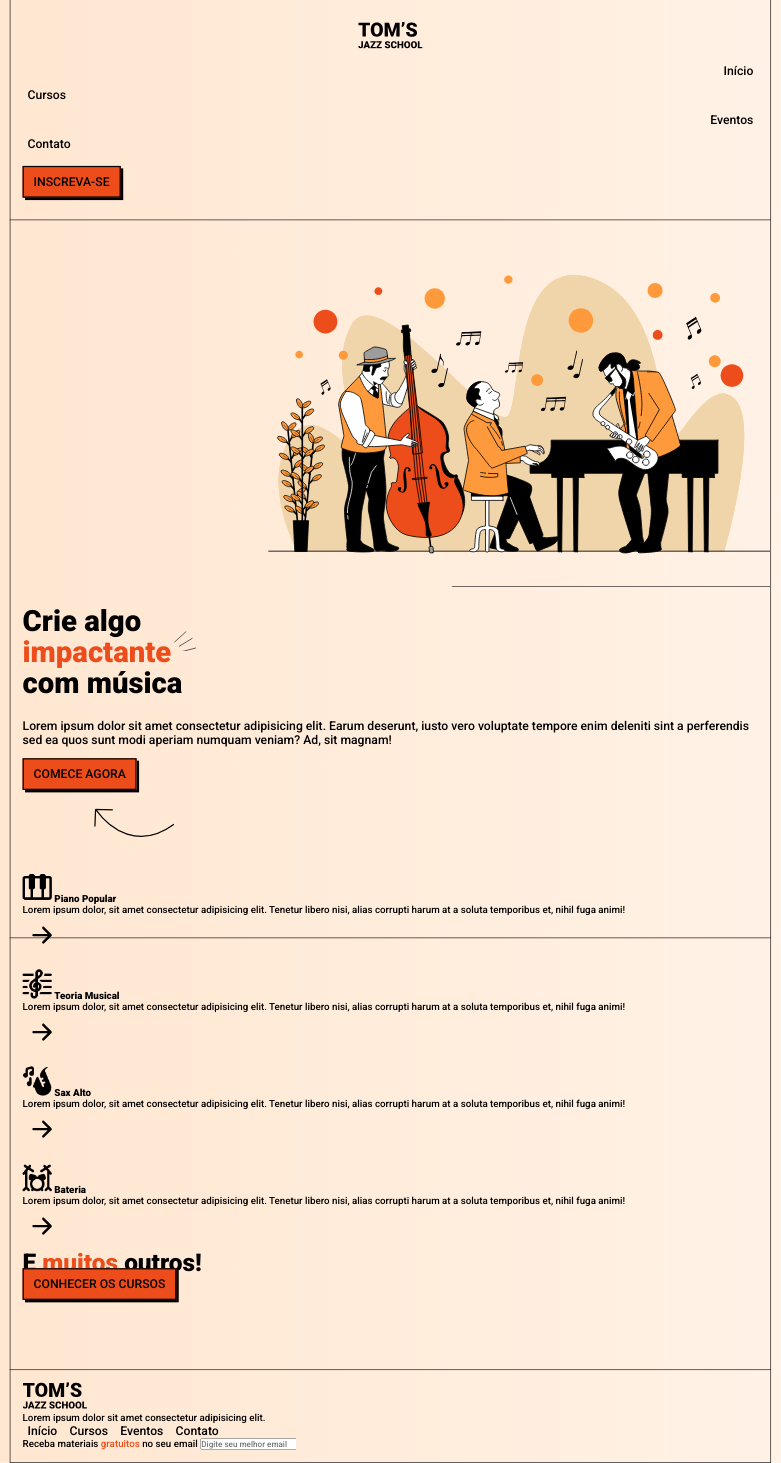
Repository: tenoriodasilva31/OBC-Music-School
Page: index.html
The author's editor kept a copy of each file at every save. The page is drawn from the files as they stood at one save, then again after the next save.
The browser window is 1280 px wide. The pictures show the whole page, at 61% of full size.

Above is the page before, as saved 2023-07-05 17:44:03.

### index.html
<!DOCTYPE html>
<html lang="pt-BR">
<head>
    <meta charset="UTF-8">
    <meta name="viewport" content="width=device-width, initial-scale=1.0">
    <title>Tom's Jazz School</title>

    <link rel="preconnect" href="https://fonts.googleapis.com">
    <link rel="preconnect" href="https://fonts.gstatic.com" crossorigin>

    <link rel="stylesheet" href="index.css">

    <link href="https://fonts.googleapis.com/css2?family=Roboto:wght@500;900&display=swap" rel="stylesheet">
</head>
<body>
    <header>
        <img src="./img/logo.svg" alt="Tom's School">
        <nav class="mt-1 nx-auto">
            <a href="#">Início</a>
            <a href="#">Cursos</a>
            <a href="#">Eventos</a>
            <a href="#">Contato</a>
        </nav>
        <button href="#" class="button mt-1 mb-1 nx-auto">Inscreva-se</button>
    </header>
    <main>
        <section class="hero-section">
            <img src="/img/hero-img.svg" alt="Banda de jazz se apresentando">
            <div>
                <h1 class="mt-2">Crie algo <span class="text-primary decoration">impactante</span> com música</h1>
                <p class="mt-2 mb-2">Lorem ipsum dolor sit amet consectetur adipisicing elit. Earum deserunt, iusto vero voluptate tempore enim deleniti sint a perferendis sed ea quos sunt modi aperiam numquam veniam? Ad, sit magnam!</p>
                <a href="#" class="button mt-1 mb-1 nx-auto">Comece agora</a>
            </div>
        </section>
        <section class="courses-section">
            <div class="cards">
            <article class="card">
                <img src="/img/piano.png" alt="icone de teclas de piano">
                <strong>Piano Popular</strong>
                <p>Lorem ipsum dolor, sit amet consectetur adipisicing elit. Tenetur libero nisi, alias corrupti harum at a soluta temporibus et, nihil fuga animi!</p>
                <a href="#">
                    <img src="/img/arrow-right.svg" alt="Ir para página do curso">
                </a>
            </article>
            <article class="card">
                <img src="/img/clef.png" alt="icone clave">
                <strong>Teoria Musical</strong>
                <p>Lorem ipsum dolor, sit amet consectetur adipisicing elit. Tenetur libero nisi, alias corrupti harum at a soluta temporibus et, nihil fuga animi!</p>
                <a href="#">
                    <img src="/img/arrow-right.svg" alt="Ir para página do curso">
                </a>
            </article>
            <article class="card">
                <img src="/img/sax.png" alt="icone de teclas de piano">
                <strong>Sax Alto</strong>
                <p>Lorem ipsum dolor, sit amet consectetur adipisicing elit. Tenetur libero nisi, alias corrupti harum at a soluta temporibus et, nihil fuga animi!</p>
                <a href="#">
                    <img src="/img/arrow-right.svg" alt="Ir para página do curso">
                </a>
            </article>
            <article class="card">
                <img src="/img/drums.png" alt="icone de teclas de piano">
                <strong>Bateria</strong>
                <p>Lorem ipsum dolor, sit amet consectetur adipisicing elit. Tenetur libero nisi, alias corrupti harum at a soluta temporibus et, nihil fuga animi!</p>
                <a href="#">
                    <img src="/img/arrow-right.svg" alt="Ir para página do curso">
                </a>
            </article>
            </div>
            <h2>E <span class="text-primary">muitos</span> outros!</h2>
            <a href="#" class="button">Conhecer os cursos</a>
        </section>
    </main>

    <footer>
        <div>
            <img src="/img/logo.svg" alt="Tom's School">
            <p>Lorem ipsum dolor sit amet consectetur adipisicing elit. </p>
        </div>
        <nav>
            <a href="#">Início</a>
            <a href="#">Cursos</a>
            <a href="#">Eventos</a>
            <a href="#">Contato</a>
        </nav>
        <form>
            <label for="email">Receba materiais <span class="text-primary">gratuitos</span> no seu email</label>
            <input type="text" name="email" id="email" placeholder="Digite seu melhor email">
        </form>
    </footer>
</body>
</html>

### index.css
* {
    box-sizing: border-box;
    font-family: 'Roboto', sans-serif;
    margin: 0;
    padding: 0;
}

:root {
    --color-primary: #ED4D1B;
    --color-secondary: #FF9a3c;
    --color-black: #000;
    --color-white: #FFF;
}

body {
    background: linear-gradient(90deg, #ffe7d1 0%, #FFF2e6 100%);
    padding: 0 1rem;
}

header,.hero-section, .courses-section, footer {
    border-color: var(--color-black);
    border-style: solid;
    border-width: 0 1px 1px 1px;
    padding: 1.25rem;
}

header img {
    display: block;
    margin: 1rem auto;
}

header nav {
    display: grid;
    grid-template-columns: 1fr, 1fr;
}

nav a {
    color: var(--color-black);
    font-size: 1.25rem;
    padding: .5rem;
    text-decoration: none;
}

header nav a:nth-child(2n-1) {
    text-align: right;
}

.button {
    background-color: var(--color-primary);
    border: 2px solid var(--color-black);
    box-shadow: 4px 4px 0 var(--color-black);
    color: var(--color-black);
    display: black;
    font-size: 1.25rem;
    padding: .75rem 1rem;
    max-width: 14rem;
    text-align: center;
    text-decoration: none;
    text-transform: uppercase;
}

.hero-section {
    padding-right: 0;
    padding-bottom: 16rem;

}

.hero-section img {
    display: block;
    margin: 1.25rem 0 0 auto;
    max-width: 100%;
}

h1 {
    font-size: 3rem;
    line-height: 105%;
}

h2 {
    font-size: 2.5rem;
}

.hero-section p {
    font-size: 1.25rem;
    padding-right: 1.25rem;
}

.hero-section .button {
    position: relative;

}

.hero-section .button::after {
    content: '';
    background: url("/img/arrow-curve.svg");
    position: absolute;
    top: 5rem;
    right: -4rem;
    height: 48px;
    width: 132px;
}

.decoration {
    display: block;
    position: relative;
}

.decoration::after {
    content: '';
    background: url(/img/three-dashes.svg);
    position: absolute;
    top: -0.75rem;
    height: 36px;
    width: 40px;
}

.courses-section {
    padding-bottom: 8rem;

}

.cards {
    display: flex;
    flex-direction: column;
    align-items: start;
    gap: 1.25rem;
    margin-top: -8rem;
}

.mt-1 {
    margin-top: 1rem;
}

.mt-2 {
    margin-top: 2rem;
}

.mb-1 {
    margin-bottom: 1rem;
}

.mb-2 {
    margin-bottom: 2rem;
}

.mx-auto {
    margin-left: auto;
    margin-right: auto;
}

.text-primary {
    color: var(--color-primary);
}

.text-center {
    text-align: center;
}

After the next save:
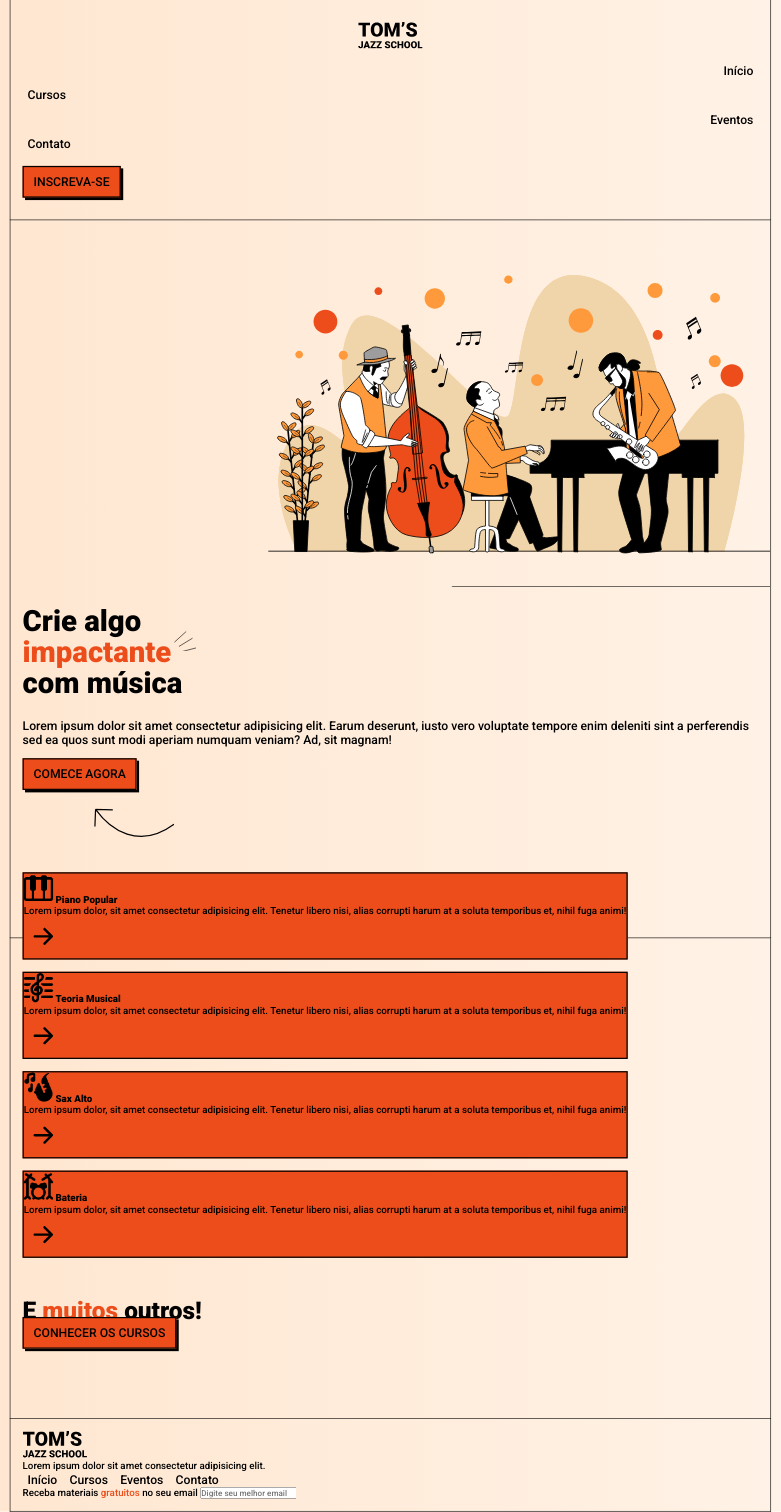
Saved 58 s later.
--- a/index.css
+++ b/index.css
@@ -125,6 +125,13 @@ h2 {
     align-items: start;
     gap: 1.25rem;
     margin-top: -8rem;
+    margin-bottom: 4rem;
+}
+
+.card {
+    background-color: var(--color-primary);
+    border: 2px solid var(--color-black);
+
 }
 
 .mt-1 {
